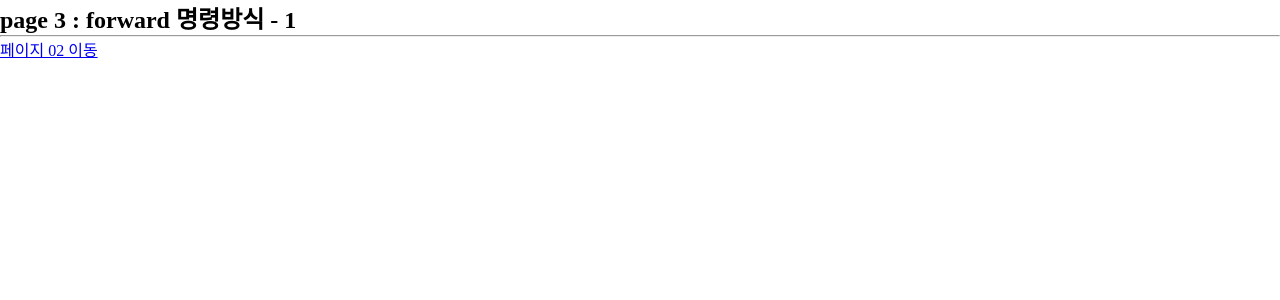
Repository: hyunh84/jsp_study
Page: http://localhost/Day03/j04_forward03.jsp
The author's editor kept a copy of each file at every save. The page is drawn from the files as they stood at one save, then again after the next save.
The browser window is 1280 px wide. The pictures show the whole page.
The page is served by Tomcat 9.

Above is the page before, as saved 2015-09-12 02:09:18.

After the next save:
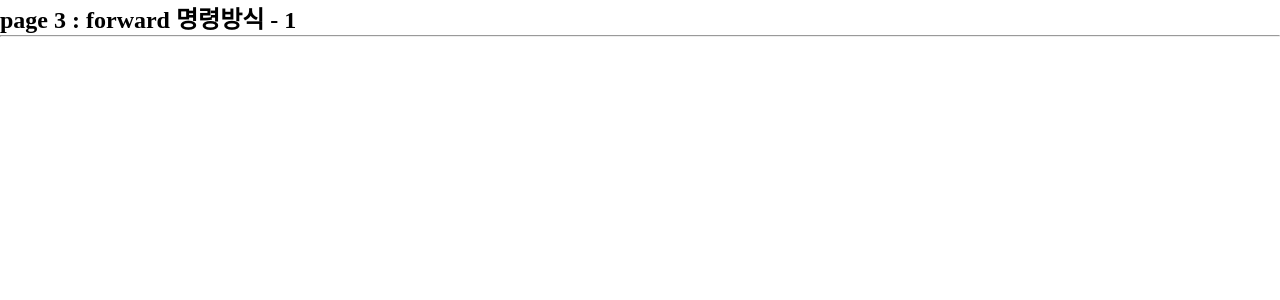
Saved 8 s later.
--- a/MyWorks/Day03/WebContent/j04_forward03.jsp
+++ b/MyWorks/Day03/WebContent/j04_forward03.jsp
@@ -27,7 +27,7 @@
 	 <%
 
 	 %>
-	 <a href="/Day03/j03_forward02.jsp">페이지 02 이동</a>
+
 
 
 
